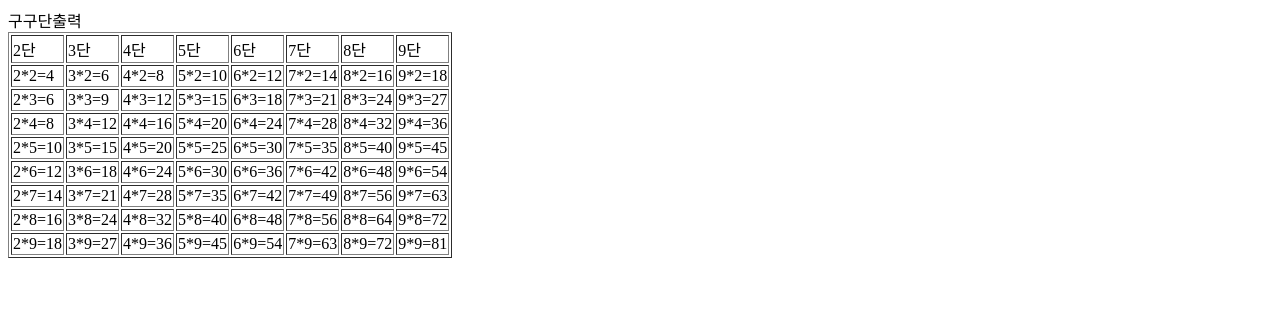
Repository: ment0715/20201113
Page: http://localhost/chap02/ex0501.jsp
The author's editor kept a copy of each file at every save. The page is drawn from the files as they stood at one save, then again after the next save.
The browser window is 1280 px wide. The pictures show the whole page.
The page is served by Tomcat 9.

Above is the page before, as saved 2020-11-09 02:32:51.

After the next save:
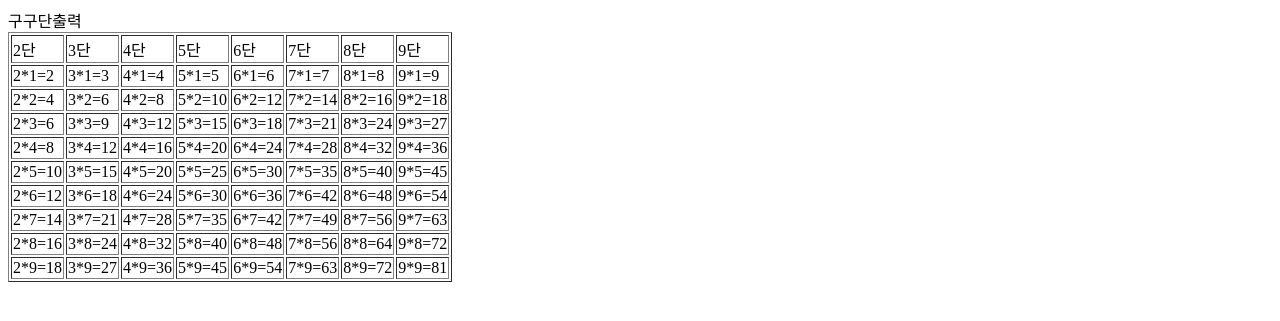
Saved 13 s later.
--- a/chap02/WebContent/ex0501.jsp
+++ b/chap02/WebContent/ex0501.jsp
@@ -14,7 +14,7 @@
 <td>6단</td><td>7단</td><td>8단</td><td>9단</td>
 </tr>
 <%
-	for(int j = 2; j <10; j++) {
+	for(int j = 1; j <10; j++) {
 		out.println("<tr>");
 		for(int i = 2; i < 10; i++) {
 			out.println("<td>"+i+"*"+j+"="+(j*i)+"</td>");
